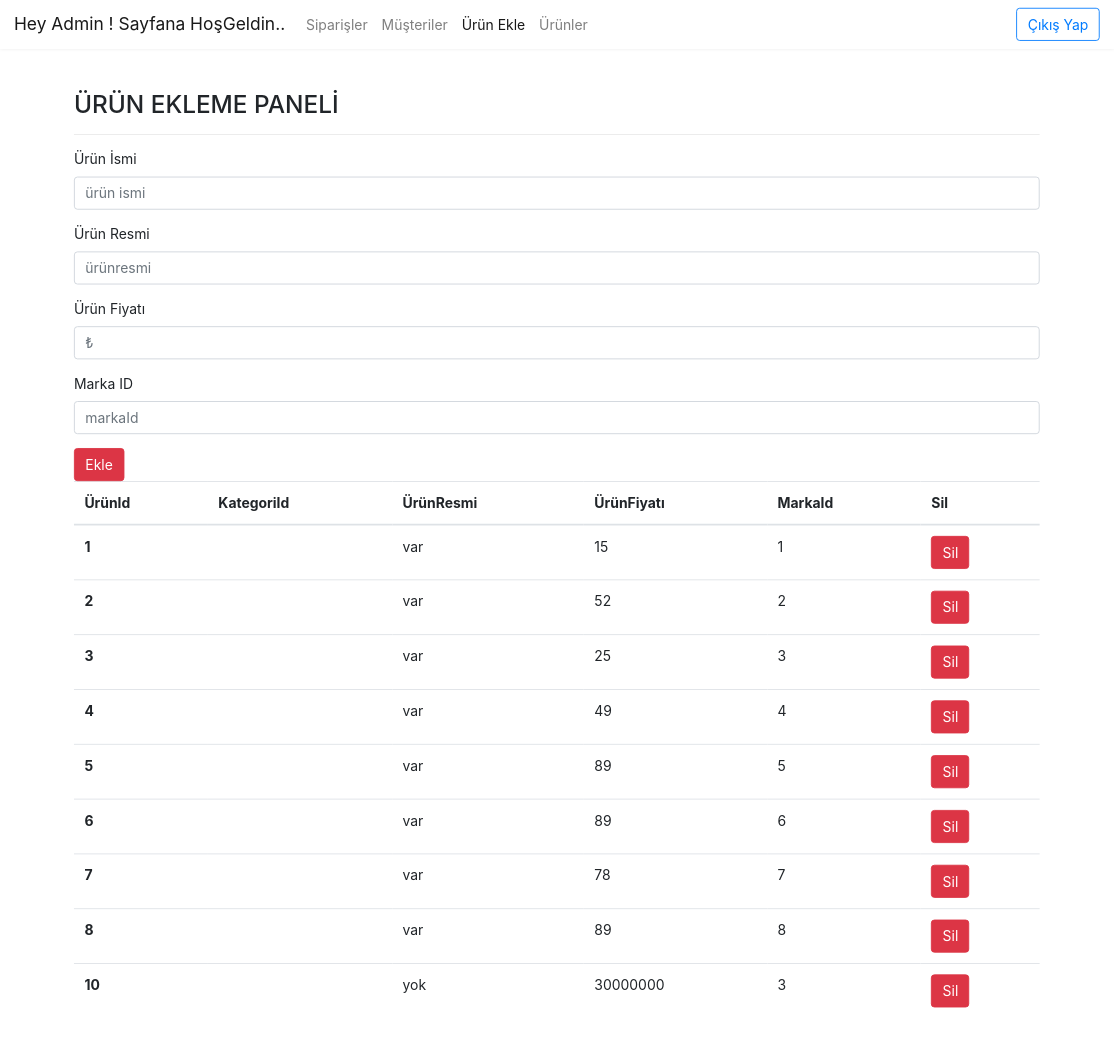
Repository: NergisAktug/E-Commerce-PythonWithFlask-Sqlite3
Page: http://localhost/urunEkle
These files come from the project's save history. The page is drawn as it stood at one moment and after the next save; the edit follows.
The browser window is 1280 px wide. The pictures show the whole page, at 87% of full size.
Some web libraries are served in a nearby version. The page is served by the project's application, run on Flask 3 (app.py). The page reads the database file committed with the project.

Above is the page before, as saved 2018-12-08 17:35:18.

After the next save:
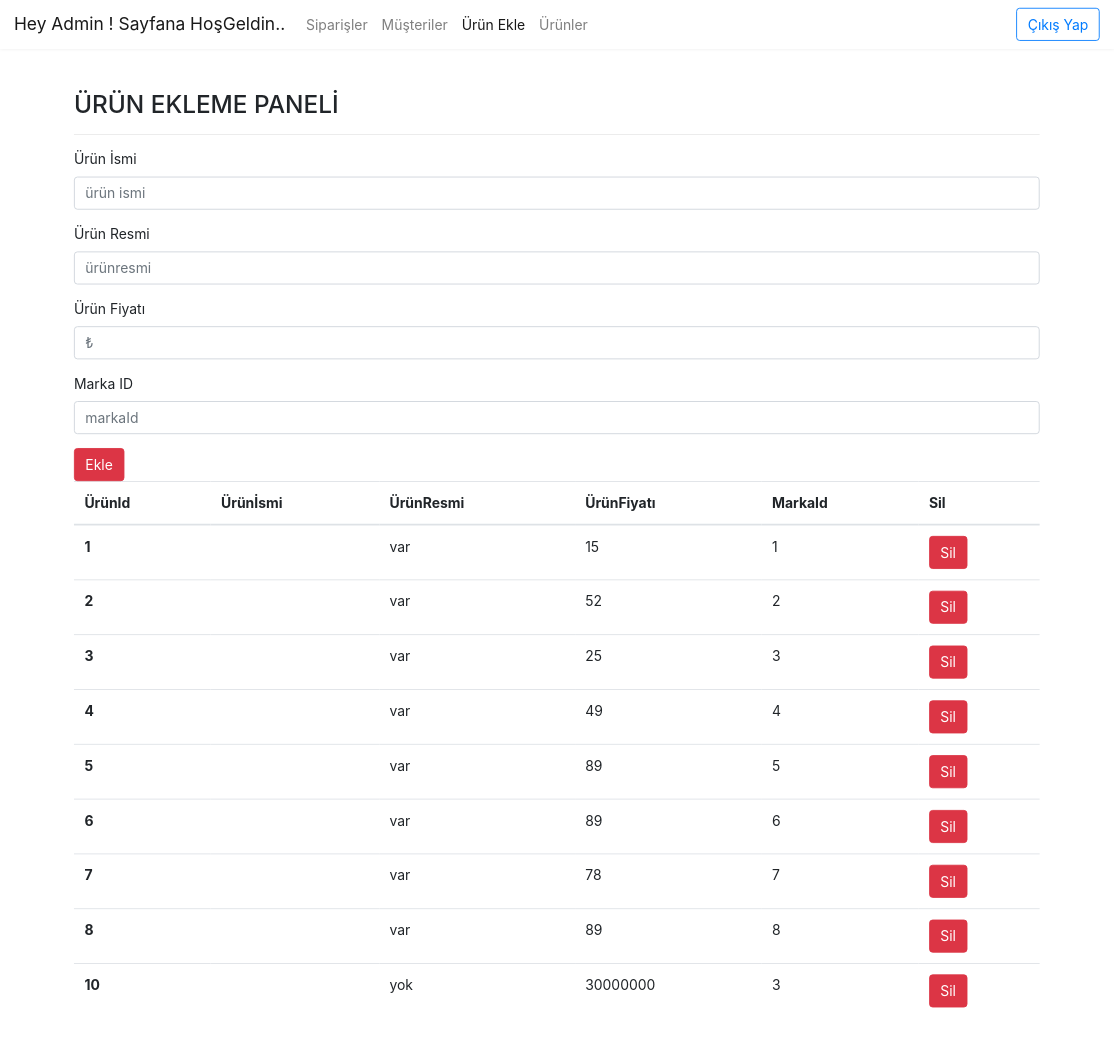
Saved 2 min 0 s later.
--- a/templates/urunEkle.html
+++ b/templates/urunEkle.html
@@ -69,7 +69,7 @@
               <thead>
                   <tr>
                       <th scope="col">ÜrünId</th>
-                      <th scope="col">KategoriId</th>
+                      <th scope="col">Ürünİsmi</th>
                       <th scope="col">ÜrünResmi </th>
                       <th scope="col">ÜrünFiyatı</th>
                       <th scope="col">MarkaId</th>
